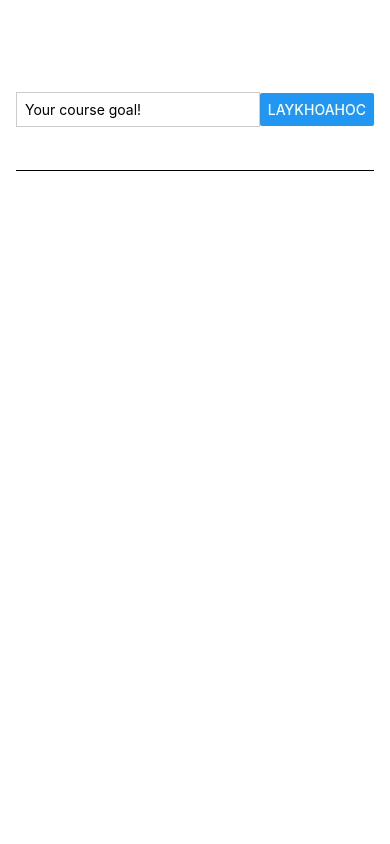
Repository: quyettc93/reactNative1
Screen: /
An editor plug-in stored every save of this project. The screen is shown before and after the next save, followed by the edit.
The app was drawn by React Native's web renderer in a window 390 px wide. The project was rebuilt for these pictures with package versions that can differ from the ones it lists, and the page was loaded fresh each time. Also part of the build but not shown: components/GoalItem.js.

Above is the screen before, as saved 2024-10-29 10:00:16.

### App.js
import { StyleSheet, View, FlatList } from 'react-native';
import { useState } from 'react';
import GoalItem from './components/GoalItem';
import GoalInput from './components/GoalInput';

export default function App() {
    const [courseGoals, setCourseGoals] = useState([]);

    function addGoalHander(enteredGoalTest) {
        setCourseGoals((c) => [
            ...c,
            { text: enteredGoalTest, id: Math.random().toString() },
        ]);
    }
    function deleteGoalHandler(id) {
        setCourseGoals((c) => {
            return c.filter((goal) => goal.id !== id);
        });
    }
    return (
        <View style={styles.container}>
            <GoalInput onAddGoals={addGoalHander} />
            <View style={styles.goalsContainer}>
                <FlatList
                    data={courseGoals}
                    alwaysBounceVertical={false}
                    renderItem={(i) => {
                        return (
                            <GoalItem
                                text={i.item.text}
                                id={i.item.id}
                                onDeleteItem={deleteGoalHandler}
                            />
                        );
                    }}
                    keyExtractor={(item, index) => {
                        return item.id;
                    }}
                />
            </View>
        </View>
    );
}

const styles = StyleSheet.create({
    container: {
        flex: 1,
        padding: 50,
        paddingHorizontal: 16,
    },

    goalsContainer: {
        flex: 5,
    },
    goalItem: {
        padding: 8,
        margin: 8,
        borderRadius: 6,
        backgroundColor: '#5e0acc',
    },
    goalText: {
        color: 'white',
    },
});

### components/GoalInput.js
import { useState } from 'react';
import { View, TextInput, Button, StyleSheet } from 'react-native';

function GoalInput(props) {
    const [enteredGoalTest, setEnterretGoldText] = useState('');

    function goalInputHadler(enteredGoalTest) {
        setEnterretGoldText(enteredGoalTest);
    }
    function addGoalHander() {
        props.onAddGoals(enteredGoalTest);
        setEnterretGoldText('');
    }
    return (
        <View style={styles.inputContainer}>
            <TextInput
                style={styles.textInput}
                placeholder="Your course goal!"
                onChangeText={goalInputHadler}
                value={enteredGoalTest}
            />
            <Button title="LAYKHOAHOC" onPress={addGoalHander} />
        </View>
    );
}
export default GoalInput;
const styles = StyleSheet.create({
    inputContainer: {
        flex: 1,
        flexDirection: 'row',
        justifyContent: 'space-between',
        alignItems: 'center',
        marginBottom: 24,
        borderBottomWidth: 1,
        borderBottomColor: '#ccccccc',
    },
    textInput: {
        borderWidth: 1,
        borderColor: '#cccccc',
        width: '70%',
        padding: 8,
    },
});

After the next save:
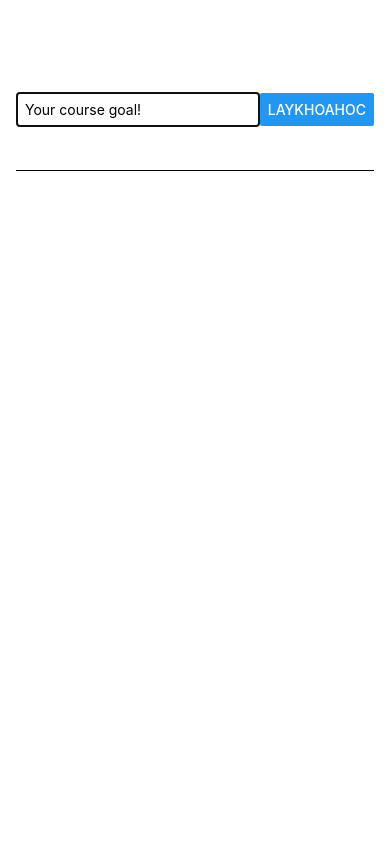
Saved 4 h 11 min later.
--- a/App.js
+++ b/App.js
@@ -1,4 +1,4 @@
-import { StyleSheet, View, FlatList } from 'react-native';
+import { StyleSheet, View, FlatList, Modal } from 'react-native';
 import { useState } from 'react';
 import GoalItem from './components/GoalItem';
 import GoalInput from './components/GoalInput';
@@ -18,27 +18,29 @@
         });
     }
     return (
-        <View style={styles.container}>
-            <GoalInput onAddGoals={addGoalHander} />
-            <View style={styles.goalsContainer}>
-                <FlatList
-                    data={courseGoals}
-                    alwaysBounceVertical={false}
-                    renderItem={(i) => {
-                        return (
-                            <GoalItem
-                                text={i.item.text}
-                                id={i.item.id}
-                                onDeleteItem={deleteGoalHandler}
-                            />
-                        );
-                    }}
-                    keyExtractor={(item, index) => {
-                        return item.id;
-                    }}
-                />
+        <Modal>
+            <View style={styles.container}>
+                <GoalInput onAddGoals={addGoalHander} />
+                <View style={styles.goalsContainer}>
+                    <FlatList
+                        data={courseGoals}
+                        alwaysBounceVertical={false}
+                        renderItem={(i) => {
+                            return (
+                                <GoalItem
+                                    text={i.item.text}
+                                    id={i.item.id}
+                                    onDeleteItem={deleteGoalHandler}
+                                />
+                            );
+                        }}
+                        keyExtractor={(item, index) => {
+                            return item.id;
+                        }}
+                    />
+                </View>
             </View>
-        </View>
+        </Modal>
     );
 }
 

After the save that followed:
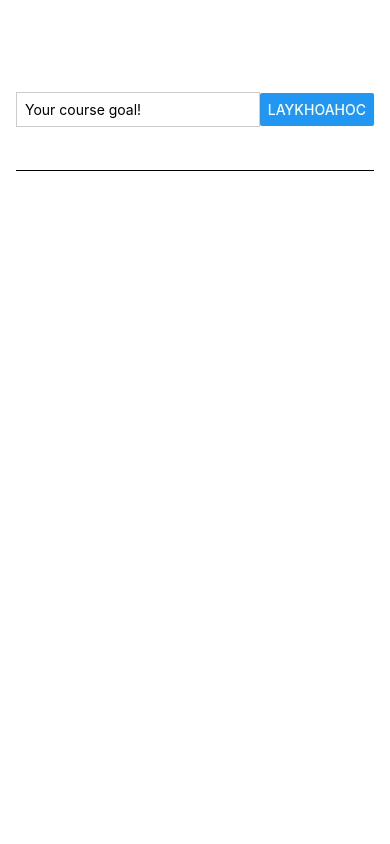
Saved 4 min 27 s later.
--- a/App.js
+++ b/App.js
@@ -18,29 +18,27 @@
         });
     }
     return (
-        <Modal>
-            <View style={styles.container}>
-                <GoalInput onAddGoals={addGoalHander} />
-                <View style={styles.goalsContainer}>
-                    <FlatList
-                        data={courseGoals}
-                        alwaysBounceVertical={false}
-                        renderItem={(i) => {
-                            return (
-                                <GoalItem
-                                    text={i.item.text}
-                                    id={i.item.id}
-                                    onDeleteItem={deleteGoalHandler}
-                                />
-                            );
-                        }}
-                        keyExtractor={(item, index) => {
-                            return item.id;
-                        }}
-                    />
-                </View>
+        <View style={styles.container}>
+            <GoalInput onAddGoals={addGoalHander} />
+            <View style={styles.goalsContainer}>
+                <FlatList
+                    data={courseGoals}
+                    alwaysBounceVertical={false}
+                    renderItem={(i) => {
+                        return (
+                            <GoalItem
+                                text={i.item.text}
+                                id={i.item.id}
+                                onDeleteItem={deleteGoalHandler}
+                            />
+                        );
+                    }}
+                    keyExtractor={(item, index) => {
+                        return item.id;
+                    }}
+                />
             </View>
-        </Modal>
+        </View>
     );
 }
 
